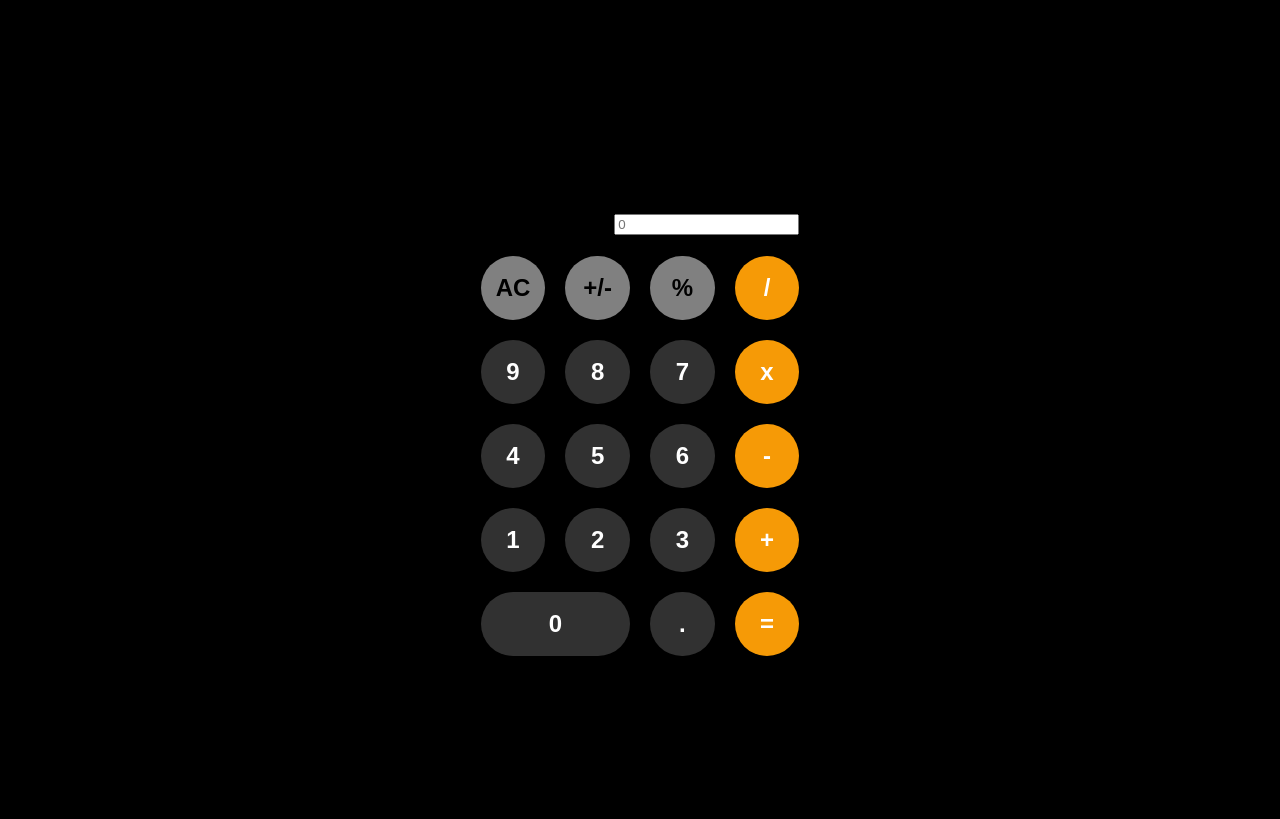
Repository: ble-syn/reactCalculator
Page: /
The author's editor kept a copy of each file at every save. The page is drawn from the files as they stood at one save, then again after a run of saves.
The browser window is 1280 px wide. The pictures show the whole page.
The project was rebuilt for these pictures with package versions that can differ from the ones it lists, and the page was loaded fresh each time.

Above is the page before, as saved 2022-10-06 16:36:03.

After the next 2 saves:
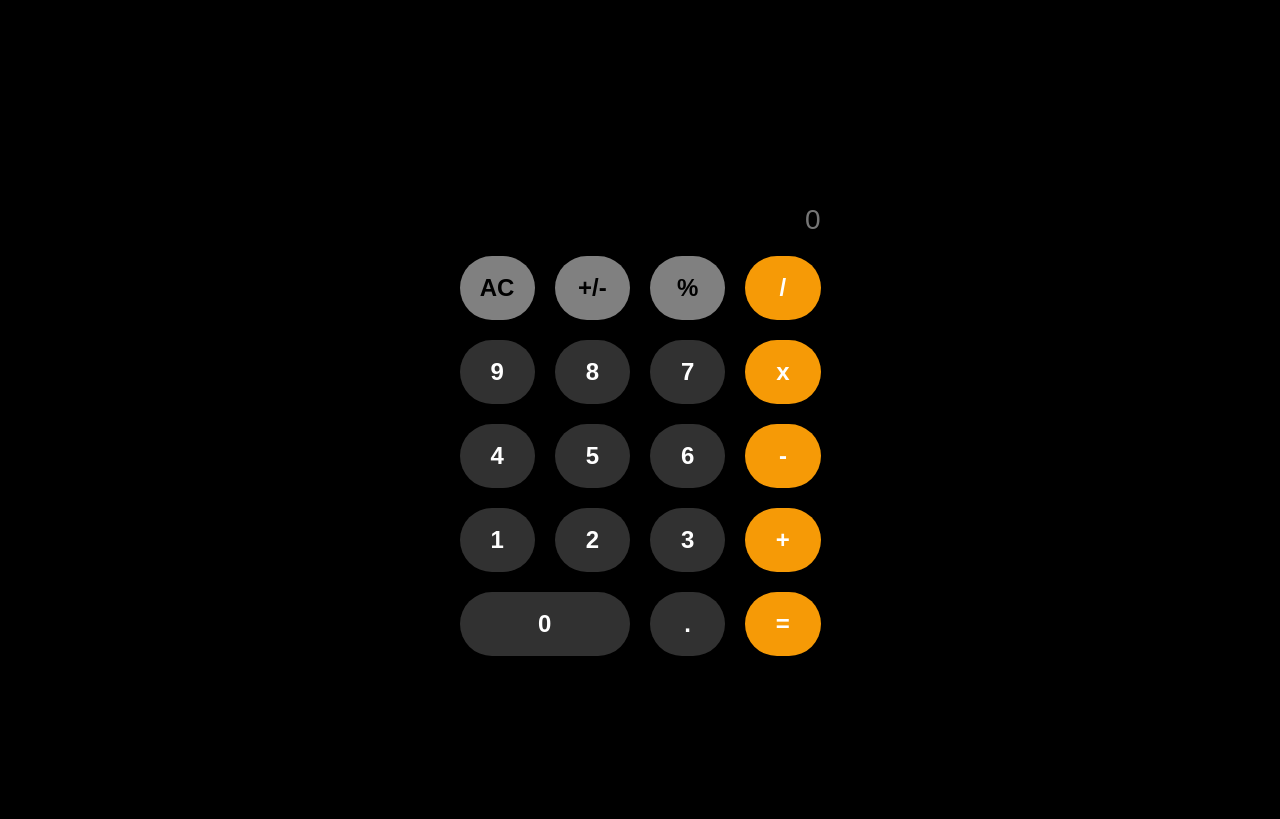
The 2 saves are shown as one change because they came seconds apart.
The last was saved 26 s later.
--- a/src/App.js
+++ b/src/App.js
@@ -20,7 +20,7 @@ const equals = () => {
   return (
     <main id="container">
       <div class="calculator">
-          <div id="calculator-display"><input type="text" placeholder="0" /></div>
+          <div><input id="calculator-display" type="text" placeholder="0" /></div>
 
           <div class="calculator-keys">
               <button onClick={reset} value=" " class="gray">AC</button>
